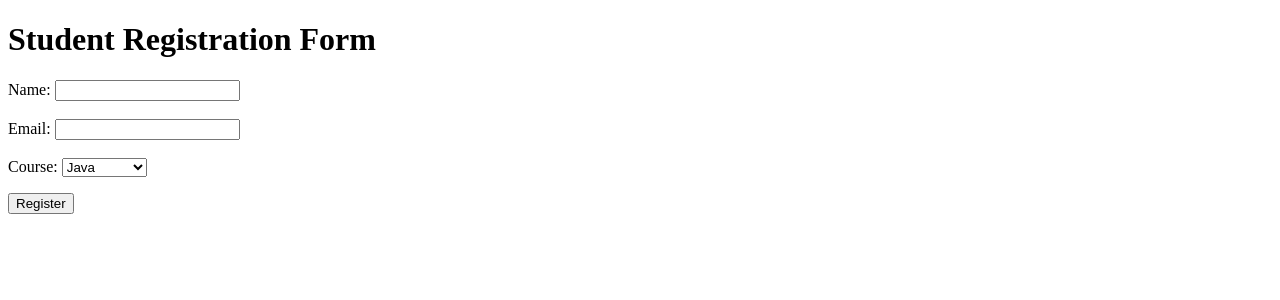
Repository: anik3395/JavaServletProjects
Page: eclipse-workspace/StudentRegistrationSystem/src/main/webapp/registration.html
The author's editor kept a copy of each file at every save. The page is drawn from the files as they stood at one save, then again after the next save.
The browser window is 1280 px wide. The pictures show the whole page.

Above is the page before, as saved 2024-10-22 14:00:42.

After the next save:
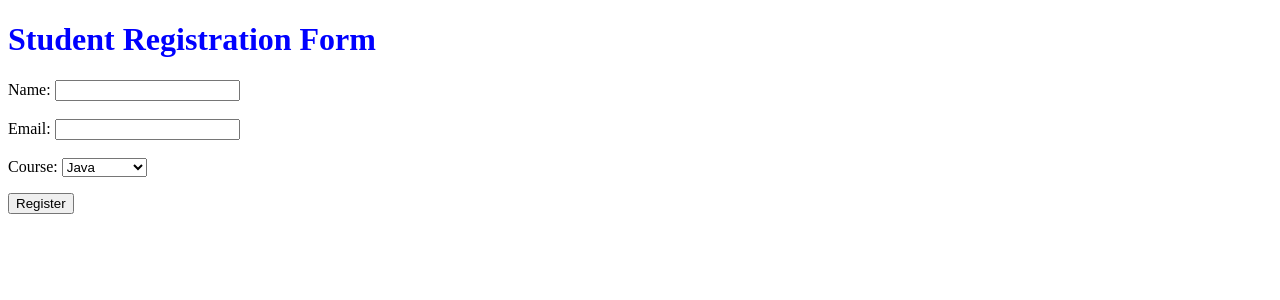
Saved 44 s later.
--- a/eclipse-workspace/StudentRegistrationSystem/src/main/webapp/registration.html
+++ b/eclipse-workspace/StudentRegistrationSystem/src/main/webapp/registration.html
@@ -6,7 +6,7 @@
 </head>
 <body>
 
-<h1>Student Registration Form</h1>
+<h1 style="color:blue;">Student Registration Form</h1>
 
  <!-- Create a form for Registration -->
 <form action="register" method="post">
